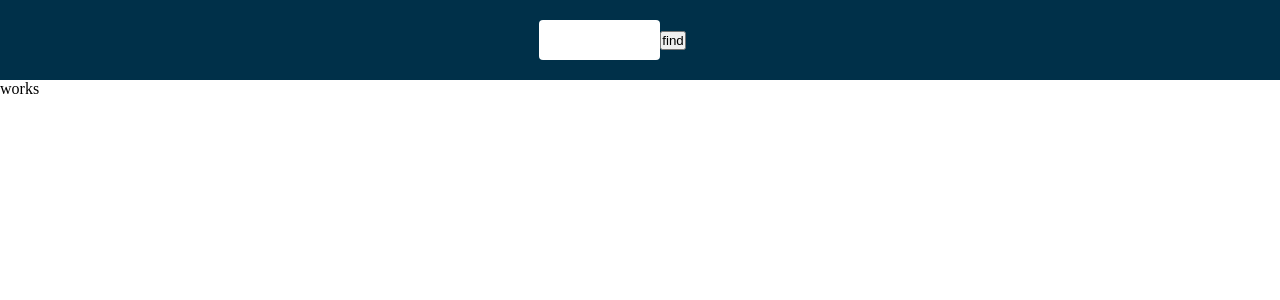
Repository: rutsguifd/uni
Page: / (app in filmhub-react/)
These files come from the project's save history. The page is drawn as it stood at one moment and after the next save; the edit follows.
The browser window is 1280 px wide. The pictures show the whole page.
The project was rebuilt for these pictures with package versions that can differ from the ones it lists, and the page was loaded fresh each time.

Above is the page before, as saved 2022-04-13 01:17:02.

After the next save:
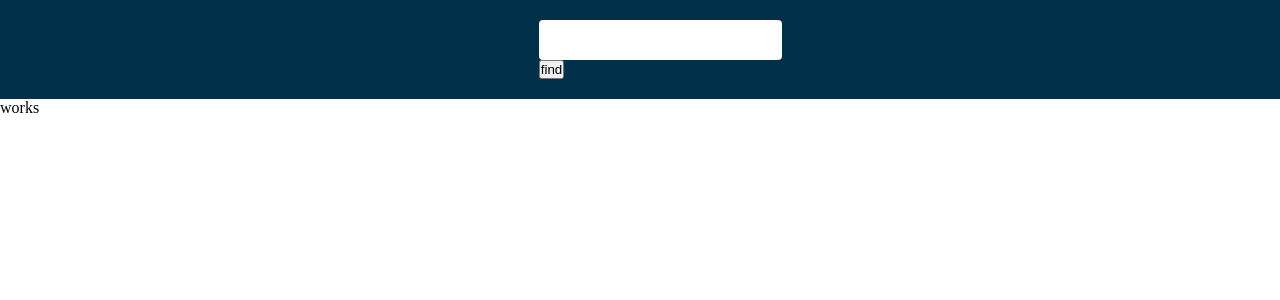
Saved 6 s later.
--- a/filmhub-react/src/components/UI/MyInput/MyInput.module.scss
+++ b/filmhub-react/src/components/UI/MyInput/MyInput.module.scss
@@ -1,6 +1,6 @@
 .input{
     height: 40px;
-    width: 60%;
+    width: 120%;
     border-radius: 4px;
     border: none;
     &:focus{
